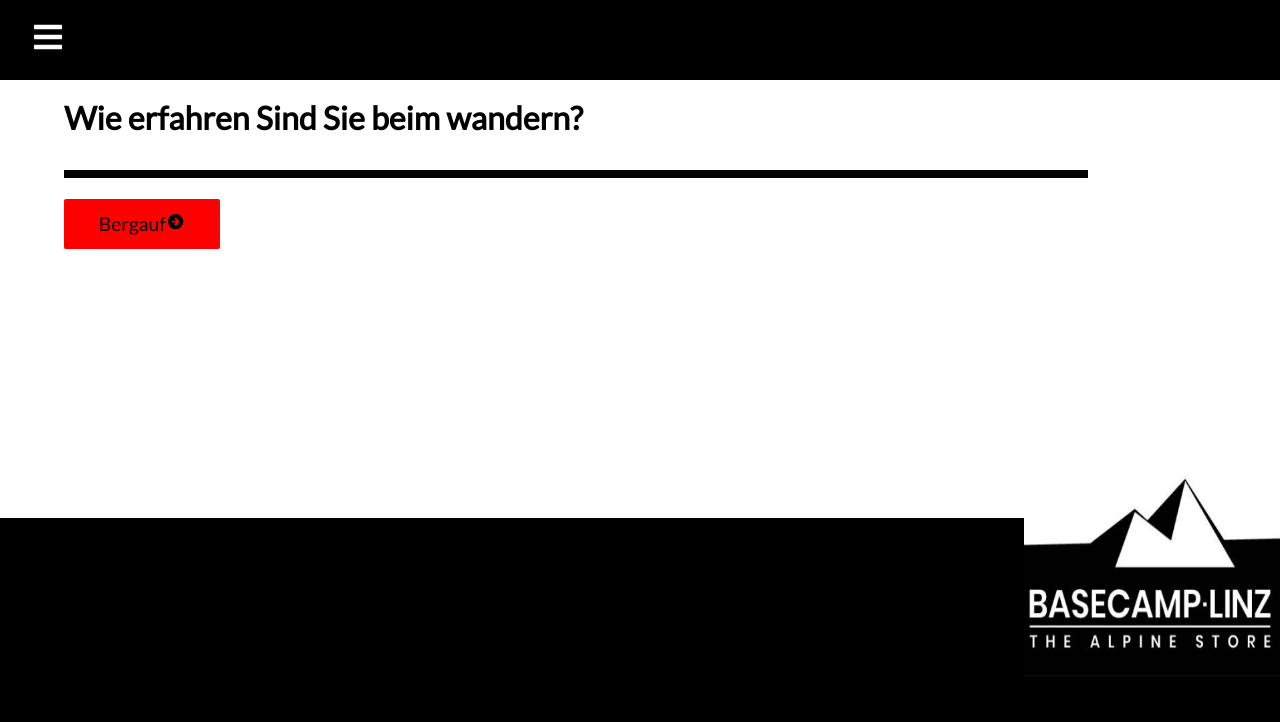
Repository: LeleZuGut/Kundenabfragesystem-Website
Page: /fragen/Wandern
These files come from the project's save history. The page is drawn as it stood at one moment and after the next save; the edit follows.
The browser window is 1280 px wide. The pictures show the whole page.
The project was rebuilt for these pictures with package versions that can differ from the ones it lists, and the page was loaded fresh each time. Also part of the build but not shown: src/Pages/FormSignup.js, src/Form.js, src/Styles/FormLogin.css, src/Pages/FormLogin.js, src/Form-Log.js, src/Pages/FormFragenKatalog-Main.js.

Above is the page before, as saved 2021-08-15 16:20:19.

### public/index.html
<!DOCTYPE html>
<html lang="en">
  <head>
    <meta charset="utf-8" />
    <link rel="icon" href="%PUBLIC_URL%/favicon.ico" />
    <meta name="viewport" content="width=device-width, initial-scale=1" />
    <meta name="theme-color" content="#000000" />
    <meta
      name="description"
      content="Web site created using create-react-app"
    />
    <link rel="apple-touch-icon" href="%PUBLIC_URL%/logo192.png" />
    <!--
      manifest.json provides metadata used when your web app is installed on a
      user's mobile device or desktop. See https://developers.google.com/web/fundamentals/web-app-manifest/
    -->
    <link rel="manifest" href="%PUBLIC_URL%/manifest.json" />
    <!--
      Notice the use of %PUBLIC_URL% in the tags above.
      It will be replaced with the URL of the `public` folder during the build.
      Only files inside the `public` folder can be referenced from the HTML.

      Unlike "/favicon.ico" or "favicon.ico", "%PUBLIC_URL%/favicon.ico" will
      work correctly both with client-side routing and a non-root public URL.
      Learn how to configure a non-root public URL by running `npm run build`.
    -->
    <title>Kundenabfragesystem</title>
  </head>
  <body>
    <noscript>You need to enable JavaScript to run this app.</noscript>
    <div id="root"></div>
    <!--
      This HTML file is a template.
      If you open it directly in the browser, you will see an empty page.

      You can add webfonts, meta tags, or analytics to this file.
      The build step will place the bundled scripts into the <body> tag.

      To begin the development, run `npm start` or `yarn start`.
      To create a production bundle, use `npm run build` or `yarn build`.


    -->
    <script src="https://www.google.com/recaptcha/api.js?onload=onloadCallback&
    render=explicit" async defer></script>
  </body>
</html>

### src/App.js
import { Route, BrowserRouter as Router, Switch, BrowserRouter} from 'react-router-dom';
import './App.css';
import Form from './Form';
import React, { Component } from 'react';
import Form_Log from './Form-Log';
import Navbar from './Pages/FormFragenKatalog-Main';
import FormFragenkatalog from './Pages/FormFragenkatalog';
export default class App extends Component {
  render() {
    return (
      <div className="Main-App">

      <BrowserRouter>
        <Switch>
          <Route exact path="/" component={Form} />
          <Route exact path="/login" component={Form_Log} />
          <Route exact path="/main" component={Navbar} />
          <Route exact path="/fragen/Wandern" component={FormFragenkatalog} />
          <Route exact path="/fragen/Ski" component={FormFragenkatalog} />
          <Route exact path="/fragen/Klettern" component={FormFragenkatalog} />






        </Switch>


      </BrowserRouter>
      </div>

    )
  }
}

### src/App.css
@import url('https://fonts.googleapis.com/css2?family=Lato&display=swap');

* {
  box-sizing: border-box;
  margin: 0;
  padding: 0;
  font-family: 'Lato', sans-serif;
}

.FormFragenKatalog{
  display: flex;
  height: 90vh;
  align-items: center;
  justify-content: center;
  font-size: 3rem;
}

### src/Pages/FormFragenkatalog.js
import React, { useState } from 'react';
import * as FaIcons from 'react-icons/fa';
import * as AiIcons from 'react-icons/ai';
import * as HiIcons from 'react-icons/hi';

import { Link } from 'react-router-dom';
import { IconContext } from 'react-icons';
import { SidebarData } from '../SidebarData';
import Logo_MainPage from '../Images/Main-FragenPageLogo.PNG';
import '../Styles/FormFragenkatalog.css';





const FormFragenKatalog = () => {
    const WandernURL = "/fragen/Wandern";
    const SkiURL = "/fragen/Ski";
    const KletternURL = "/fragen/Klettern";
    const currentURL = window.location.pathname;
    const [sidebar, setSidebar] = useState(false);

    const showSidebar = () => setSidebar(!sidebar);

    const Wquestions = [
        {
            questionText: "Wie erfahren Sind Sie beim wandern?",
            answerOptions:[
                {answerText: "Anfänger"},
                {answerText: "Fortgeschritten"},
                {answerText: "Profi"},

            ],
        },

        {
            questionText: "Welche Schuhgröße haben Sie?",
            answerOptions:[
                {answerText: "40"},
                {answerText: "41"},
                {answerText: "42"},

            ],
        },

    ];
    const [currentQuestion, setCurrentQuestion] = useState(0);

    const handleAnswerButtonClick = () =>{
        const nextquestion = currentQuestion + 1;
        setCurrentQuestion(nextquestion);
    }


    if (currentURL == WandernURL) {




        return (
            <>
                <IconContext.Provider value={{ color: '#fff' }}>
                    <div className='navbar'>
                        <Link to='#' className='menu-bars'>
                            <FaIcons.FaBars onClick={showSidebar} />
                        </Link>
                    </div>
                    <nav className={sidebar ? 'nav-menu active' : 'nav-menu'}>
                        <ul className='nav-menu-items' onClick={showSidebar}>
                            <li className='navbar-toggle'>
                                <Link to='#' className='menu-bars'>
                                    <AiIcons.AiOutlineClose />
                                </Link>
                            </li>
                            {SidebarData.map((item, index) => {
                                return (
                                    <li key={index} className={item.cName}>
                                        <Link to={item.path}>
                                            {item.icon}
                                            <span>{item.title}</span>
                                        </Link>
                                    </li>
                                );
                            })}
                        </ul>
                    </nav>
                </IconContext.Provider>

                <div className="Wandern_main_Strich">
                    <div className = "Fragen-Selection">


                    <h1 className="Wandern_main_heading">{Wquestions[currentQuestion].questionText}</h1>

                    <button className="Wandern_main_button_weiter">
                        Bergauf
                        <HiIcons.HiArrowCircleRight className="Wandern_main_button_weiter_icon"></HiIcons.HiArrowCircleRight>
                    </button>

                    </div>
                </div>

                <div className="Wandern_main_logo">
                    <img className='logobild' src={Logo_MainPage} alt='' />

                </div>
            </>



        );

    } else if (currentURL == SkiURL) {

        return (
            <div>
                <h1>Ski is geil</h1>
            </div>
        );
    } else if (currentURL == KletternURL) {
        return (
            <div>
                <h1>Klettern is geil</h1>
            </div>
        );
    }


}

export default FormFragenKatalog;

### src/Styles/FormSignup.css

.form-container {
  width: 100%;
  position: flex;
  height: 937px;
  display: grid;
  grid-template-columns: 1fr 1fr;
}

  .close-btn {
    position: flex;
    top: 2%;
    right: 3%;
    font-size: 1.5rem;
    z-index: 1;
    color: #fff;
    cursor: pointer;
  }


  .form-content-left {
    background: linear-gradient(
      90deg,
      rgb(44,39,60) 0%,
      rgb(31,28,38) 100%
    );
    height: 100%;
    display: flex;
    align-items: center;
    justify-content: center;
  }

  .form-img {
    width: 25%;
    height: 25%;

  }



  .form-img-2 {
    width: 60%;
    height: 60%;
    position: absolute;
    top: 50%;
    left: 50%;
    transform: translate(-50%, -50%);
  }

  .form-success {
    text-align: center;
    font-size: 24px;
    margin-top: 80px;
    color: #fff;
  }

  .form-content-right {
    height: 100%;
    position: relative;
    background: linear-gradient(90deg, rgb(40, 40, 40) 0%, rgb(17, 17, 17) 100%);
    display: flex;
    align-items: center;
    justify-content: center;
  }

  .form {
    position: absolute;
    top: 50%;
    left: 50%;
    transform: translate(-50%, -50%);
    width: 90%;
    height: 100%;
    display: flex;
    flex-direction: column;
    justify-content: center;
    align-items: center;
  }

  .form h1 {
    font-size: 1.5rem;
    text-align: start;
    width: 80%;
    margin-bottom: 1rem;
    color: #fff;
  }

  .form-inputs {
    margin-bottom: 1rem;
    width: 80%;

  }

  .form-inputs p {
    font-size: 1rem;
    margin-top: 0.5rem;
    color: #f00e0e;
  }

  .form-label {
    display: inline-block;
    font-size: 1rem;
    margin-bottom: 6px;
    color: #fff;
  }

  .form-input {
    display: block;
    padding-left: 10px;
    outline: none;
    border-radius: 2px;
    height: 40px;
    width: 100%;
    border: none;
  }

  .form-input::placeholder {
    color: #595959;
    font-size: 13px;
  }

  .form-input-btn {
    width: 80%;
    height: 50px;
    margin-top: 10px;
    border-radius: 2px;
    background: linear-gradient(
      90deg,
      rgb(44,39,60) 0%,
      rgb(31,28,38) 100%
    );
    outline: none;
    border: none;
    color: #fff;
    font-size: 1.2rem;
  }

  .form-input-btn:hover {
    cursor: pointer;
    background: linear-gradient(
      90deg,
      rgb(39, 143, 255) 0%,
      rgb(12, 99, 250) 100%
    );
    transition: all 0.4s ease-out;
  }

  .form-input-login {
    font-size: 1rem;
    margin-top: 10px;
    color: #fff;
    width: 80%;
    text-align: center;
  }

  .form-input-login a {
    text-decoration: none;
    color: #CE2A5E;
    font-weight: 600;
  }

  @media only screen and (max-width: 1024px){

    body{
      background: linear-gradient(90deg, rgb(40, 40, 40) 0%, rgb(17, 17, 17) 100%);
    }

    .form-container {
      width: 100%;
      height: 100%;
      display: block;
      flex-direction: column;
      justify-content: space-between;


    }



    .form-img {
      width: 25%;
      height: 25%;

    }

    .form-content-left {
      background: linear-gradient(
        90deg,
        rgb(44,39,60) 0%,
        rgb(31,28,38) 100%
      );

      display: flex;
      align-items: center;
      justify-content: center;
      width: 100%;
      height: 100%;

    }

    .form {


      width: auto;
      height: auto;

    }


    .form-content-right {
      display: flex;
      align-items: center;
      justify-content: center;
      width: 100%;
      height: 100%;
      margin-top: 40%;

    }

    .form-label {
      display: inline-block;
      font-size: rem;
      margin-bottom: 3px;
      color: #fff;
    }

    .form h1 {
      font-size: 1rem;
      text-align: start;
      width: 180%;
      margin-top: 0.2rem;
      margin-bottom: 0.50rem;
      color: #fff;
    }
  }

### src/SidebarData.js
import * as AiIcons from 'react-icons/ai';
import * as BiIcons from 'react-icons/bi';
import * as RiIcons from 'react-icons/ri';


import React from 'react';


export const SidebarData = [
    {
        title: 'Home',
        path: '/main',
        icon: <AiIcons.AiFillHome/>,
        cName: 'nav-text'
    },

    {
        title: 'Admin Page',
        path: '/admin-page',
        icon: <RiIcons.RiAdminLine/>,
        cName: 'nav-text'
    },

    {
        title: 'Abmelden',
        path: '/',
        icon: <BiIcons.BiLogOut/>,
        cName: 'nav-text'
    }
]

### src/Styles/FormFragenKatalog-Main.css
.navbar {
    background-color: black;
    height: 80px;
    display: flex;
    justify-content: start;
    align-items: center;
  }

  .Main-Fragen-Heading{
    justify-content: start;
    align-items: center;
    margin-top: 2%;
    margin-left: 33%;

  }

  .Main-Fragen-Img{
      display: flex;
      align-items: center;
      justify-content: start;
      margin-top: 172px;
  }

  .Wandern-Img{
    width: 15%;
    height: 15%;
  }

  .Ski-Img{
    margin-left: 5%;
    width: 15%;
    height: 15%;

  }

  .Klettern-Img{
    margin-left: 5%;
    width: 15%;
    height: 15%;
  }
  .main_logo{
    background:black;
    height: 204px;
    width: 100%;
    display: flex;
    justify-content: end;
    align-items: center;
    margin-top: 10%;

  }

  .logobild{
    display: flex;
    justify-content: center;
    align-items: center;
    margin-left: 42.5%;
    margin-bottom: 7%;
    width: 20%;
    height: 100%;
  }


  .menu-bars {
    margin-left: 2rem;
    font-size: 2rem;
    background: none;
  }

  .nav-menu {
    background-color:black;
    width: 250px;
    height: 100vh;
    display: flex;
    justify-content: center;
    position: fixed;
    top: 0;
    left: -100%;
    transition: 850ms;
  }

  .nav-menu.active {
    left: 0;
    transition: 350ms;
  }

  .nav-text {
    display: flex;
    justify-content: start;
    align-items: center;
    padding: 8px 0px 8px 16px;
    list-style: none;
    height: 60px;
  }

  .nav-text a {
    text-decoration: none;
    color: #f5f5f5;
    font-size: 18px;
    width: 95%;
    height: 100%;
    display: flex;
    align-items: center;
    padding: 0 16px;
    border-radius: 4px;
  }

  .nav-text a:hover {
    background-color: #1a83ff;
  }

  .nav-menu-items {
    width: 100%;
  }

  .navbar-toggle {
    background-color: black;
    width: 100%;
    height: 80px;
    display: flex;
    justify-content: start;
    align-items: center;
  }

  span {
    margin-left: 16px;
  }



  @media only screen and (max-width: 1024px){

    .Main-Fragen-Heading{
      justify-content: start;
      align-items: center;
      margin-top: 12%;
      margin-left: 23%;

    }

    .main_logo{
      background:black;
      height: 204px;
      width: 100%;
      display: flex;
      justify-content: end;
      align-items: center;
      margin-top: 41%;

    }

    .Main-Fragen-Img{
      display: flex;
      align-items: center;
      justify-content: start;
      margin-top: 50%;
      margin-left: 10%;
  }

    .Wandern-Img{
      width: 15%;
      height: 15%;
    }

    .Ski-Img{
      margin-left: 5%;
      width: 15%;
      height: 15%;

    }

    .Klettern-Img{
      margin-left: 5%;
      width: 15%;
      height: 15%;
    }
  }

### src/Styles/FormFragenkatalog.css
.Wandern_main_logo{
    background:black;
    height: 204px;
    width: 100%;
    display: flex;
    justify-content: end;
    align-items: center;
    margin-top: 26.6%;

}

.Wandern_main_Strich{

    background: black;
    display: flex;
    justify-content: start;
    align-items: center;
    margin-top: 7%;
    margin-left: 5%;
    height: 8px;
    width: 80%;
}

.Wandern_main_heading{
    margin-bottom: 10%;
    display: flex;
    justify-content: start;
    align-items: center;

}

.Wandern_main_button_weiter{
    width: 30%;
    height: 50px;
    margin-top: 10px;
    border-radius: 2px;
    border-color: black;
    background: red;
    outline: none;
    border: none;
    color:black;
    font-size: 1.2rem;
}

Loaded but not shown: src/index.js (common file); src/Styles/FormLogin.css (no copy from this time; the picture is the same without it)

After the next save:
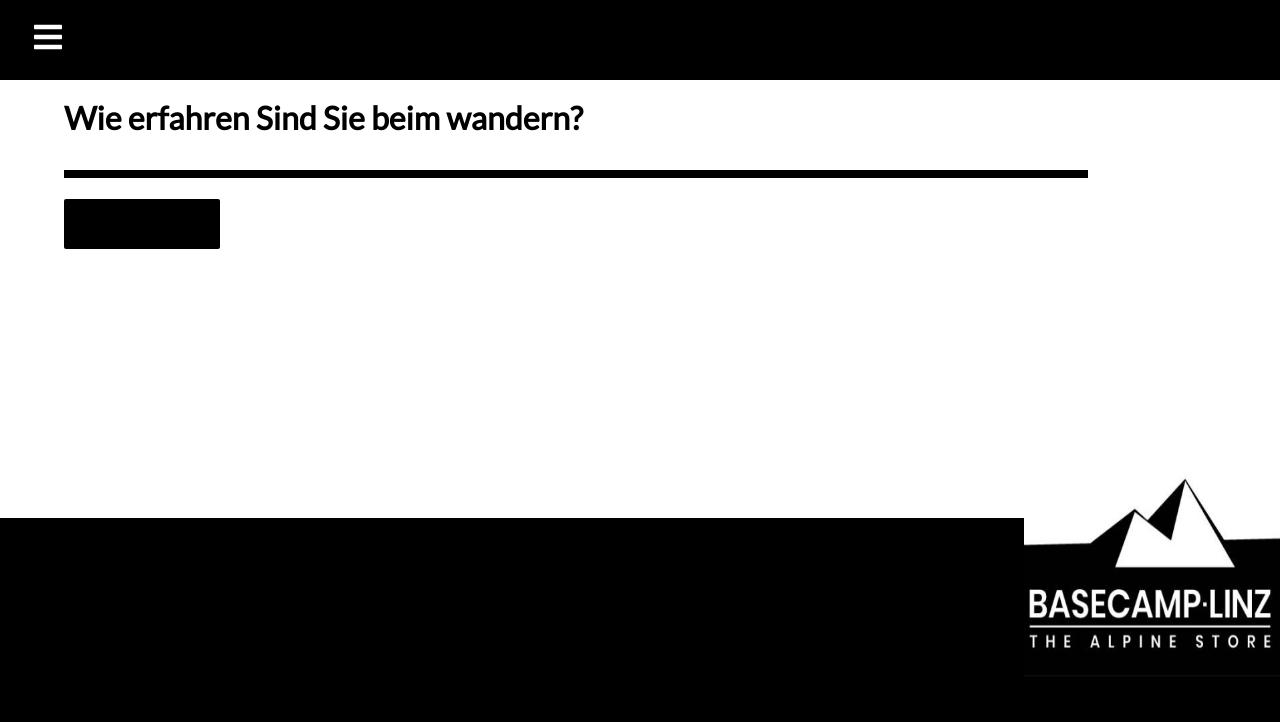
Saved 15 s later.
--- a/src/Styles/FormFragenkatalog.css
+++ b/src/Styles/FormFragenkatalog.css
@@ -35,7 +35,7 @@
     margin-top: 10px;
     border-radius: 2px;
     border-color: black;
-    background: red;
+    background: black;
     outline: none;
     border: none;
     color:black;
